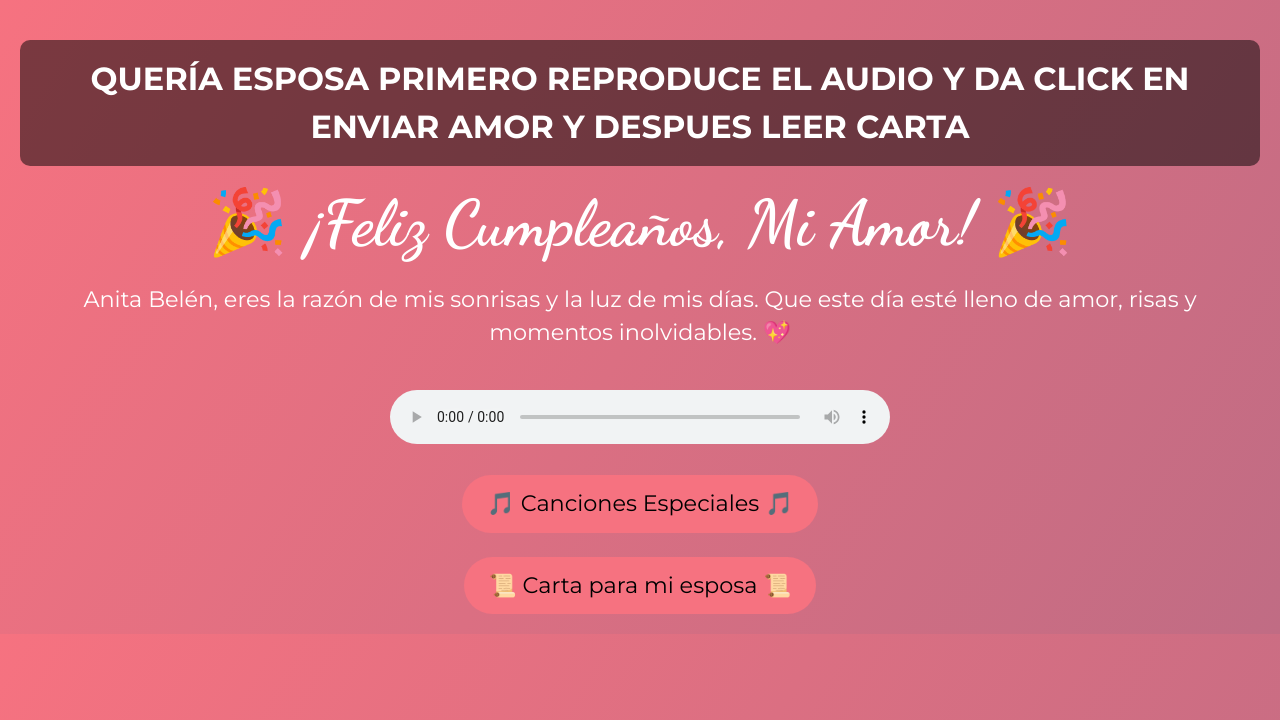
Repository: Jchimbo99/Esposa
Page: index.html
These files come from the project's save history. The page is drawn as it stood at one moment and after the next save; the edit follows.
The browser window is 1280 px wide. The pictures show the whole page.

Above is the page before, as saved 2025-01-24 10:55:15.

After the next save:
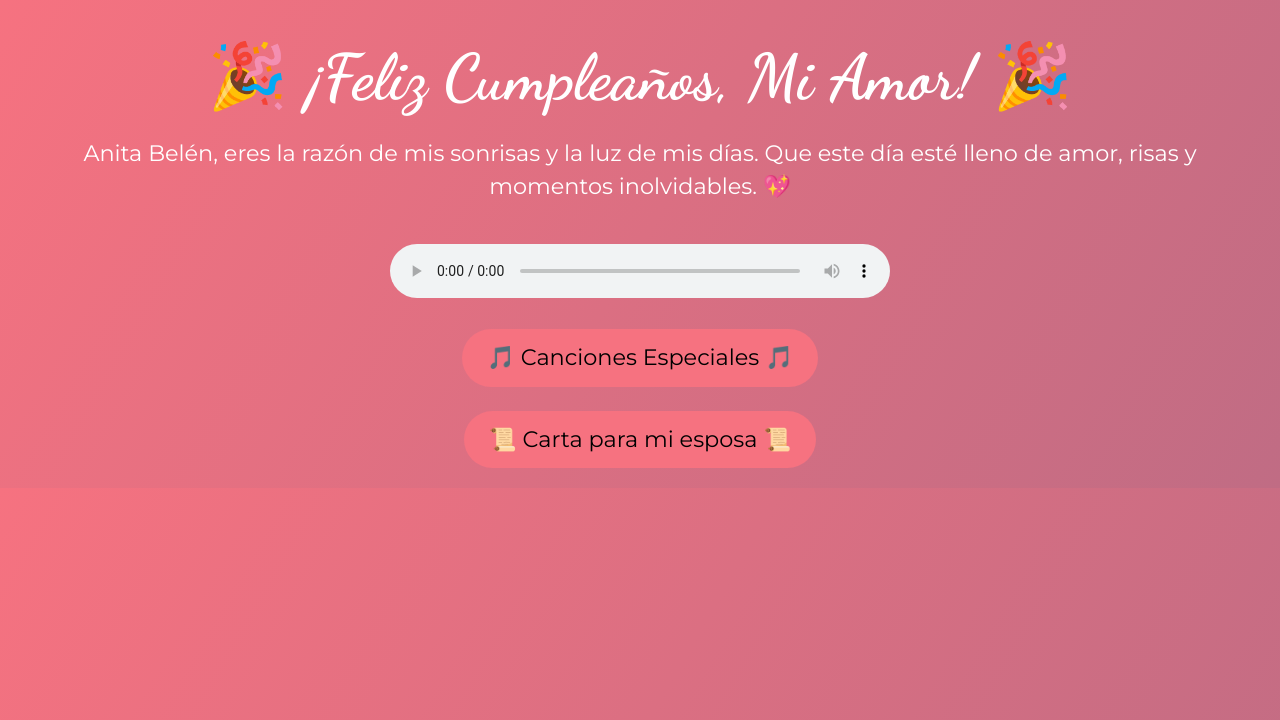
Saved 22 s later.
--- a/index.html
+++ b/index.html
@@ -124,10 +124,6 @@
 </head>
 <body>
 
-    <!-- Instrucciones -->
-    <div class="instructions">
-        QUERÍA ESPOSA PRIMERO REPRODUCE EL AUDIO Y DA CLICK EN ENVIAR AMOR Y DESPUES LEER CARTA
-    </div>
 
     <div class="container">
         <h1>🎉 ¡Feliz Cumpleaños, Mi Amor! 🎉</h1>
